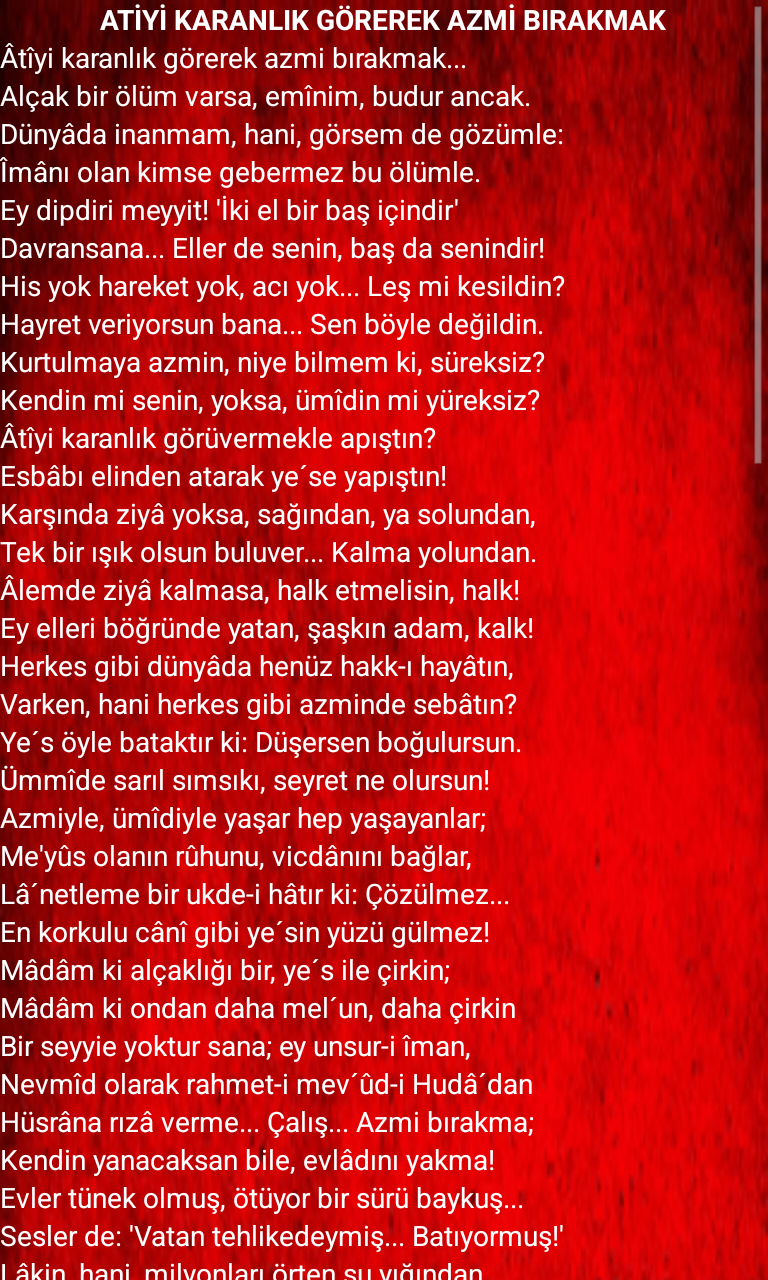
Repository: dokayazilim/Hakkin-Sesleri-Android-Uygulamasi
Layout: hakkın sesleri(android)/hakkinsesleri/res/layout/kitap4.xml
The author's editor kept a copy of each file at every save. The layout is drawn from the files as they stood at one save, then again after the next save.
It is drawn on a 768 x 1280 px phone screen (xhdpi) without system bars, with theme AppTheme; the app's code is not run.

Above is the layout before, as saved 2012-09-25 20:33:01.

### hakkın sesleri(android)/hakkinsesleri/res/layout/kitap4.xml
<?xml version="1.0" encoding="utf-8"?>
<ScrollView    android:id="@+id/widget1"    android:layout_width="fill_parent"    android:layout_height="fill_parent"    xmlns:android="http://schemas.android.com/apk/res/android"    >
<LinearLayout xmlns:android="http://schemas.android.com/apk/res/android"
    android:layout_width="fill_parent"
    android:layout_height="fill_parent"
    android:orientation="vertical" android:background="@drawable/androidturk">

  <TextView
        android:id="@+id/textView1"
        android:layout_width="wrap_content"
        android:layout_height="wrap_content"
        android:text="ATİYİ KARANLIK GÖREREK AZMİ BIRAKMAK" android:textColor="#ffffff" android:textStyle="bold" android:layout_gravity="center"/>
<TextView
        android:id="@+id/textView2"
        android:layout_width="wrap_content"
        android:layout_height="wrap_content"
        android:text="Âtîyi karanlık görerek azmi bırakmak... " android:textColor="#ffffff" />
<TextView
        android:id="@+id/textView3"
        android:layout_width="wrap_content"
        android:layout_height="wrap_content"
        android:text="Alçak bir ölüm varsa, emînim, budur ancak. " android:textColor="#ffffff" />
<TextView
        android:id="@+id/textView4"
        android:layout_width="wrap_content"
        android:layout_height="wrap_content"
        android:text="Dünyâda inanmam, hani, görsem de gözümle: " android:textColor="#ffffff" />
<TextView
        android:id="@+id/textView5"
        android:layout_width="wrap_content"
        android:layout_height="wrap_content"
        android:text="Îmânı olan kimse gebermez bu ölümle. " android:textColor="#ffffff" />
<TextView
        android:id="@+id/textView6"
        android:layout_width="wrap_content"
        android:layout_height="wrap_content"
        android:text="Ey dipdiri meyyit! 'İki el bir baş içindir' " android:textColor="#ffffff" />
<TextView
        android:id="@+id/textView7"
        android:layout_width="wrap_content"
        android:layout_height="wrap_content"
        android:text="Davransana... Eller de senin, baş da senindir!" android:textColor="#ffffff"/>
<TextView
        android:id="@+id/textView8"
        android:layout_width="wrap_content"
        android:layout_height="wrap_content"
        android:text="His yok hareket yok, acı yok... Leş mi kesildin? " android:textColor="#ffffff" />
<TextView
        android:id="@+id/textView9"
        android:layout_width="wrap_content"
        android:layout_height="wrap_content"
        android:text="Hayret veriyorsun bana... Sen böyle değildin.  " android:textColor="#ffffff"/>
<TextView
        android:id="@+id/textView10"
        android:layout_width="wrap_content"
        android:layout_height="wrap_content"
        android:text="Kurtulmaya azmin, niye bilmem ki, süreksiz? " android:textColor="#ffffff"/>
<TextView
        android:id="@+id/textView11"
        android:layout_width="wrap_content"
        android:layout_height="wrap_content"
        android:text="Kendin mi senin, yoksa, ümîdin mi yüreksiz?  " android:textColor="#ffffff" />
<TextView
        android:id="@+id/textView12"
        android:layout_width="wrap_content"
        android:layout_height="wrap_content"
        android:text="Âtîyi karanlık görüvermekle apıştın?  " android:textColor="#ffffff" />
<TextView
        android:id="@+id/textView13"
        android:layout_width="wrap_content"
        android:layout_height="wrap_content"
        android:text="Esbâbı elinden atarak ye´se yapıştın!   " android:textColor="#ffffff"/>
<TextView
        android:id="@+id/textView14"
        android:layout_width="wrap_content"
        android:layout_height="wrap_content"
        android:text="Karşında ziyâ yoksa, sağından, ya solundan,  " android:textColor="#ffffff" />
<TextView
        android:id="@+id/textView15"
        android:layout_width="wrap_content"
        android:layout_height="wrap_content"
        android:text="Tek bir ışık olsun buluver... Kalma yolundan.   " android:textColor="#ffffff" />
<TextView
        android:id="@+id/textView16"
        android:layout_width="wrap_content"
        android:layout_height="wrap_content"
        android:text="Âlemde ziyâ kalmasa, halk etmelisin, halk! " android:textColor="#ffffff"/>
<TextView
        android:id="@+id/textView17"
        android:layout_width="wrap_content"
        android:layout_height="wrap_content"
        android:text="Ey elleri böğründe yatan, şaşkın adam, kalk! " android:textColor="#ffffff" />
<TextView
        android:id="@+id/textView18"
        android:layout_width="wrap_content"
        android:layout_height="wrap_content"
        android:text="Herkes gibi dünyâda henüz hakk-ı hayâtın, " android:textColor="#ffffff" />
<TextView
        android:id="@+id/textView19"
        android:layout_width="wrap_content"
        android:layout_height="wrap_content"
        android:text="Varken, hani herkes gibi azminde sebâtın?    " android:textColor="#ffffff"/>
<TextView
        android:id="@+id/textView20"
        android:layout_width="wrap_content"
        android:layout_height="wrap_content"
        android:text="Ye´s öyle bataktır ki: Düşersen boğulursun.   " android:textColor="#ffffff" />
<TextView
        android:id="@+id/textView21"
        android:layout_width="wrap_content"
        android:layout_height="wrap_content"
        android:text="Ümmîde sarıl sımsıkı, seyret ne olursun!  " android:textColor="#ffffff" />
<TextView
        android:id="@+id/textView22"
        android:layout_width="wrap_content"
        android:layout_height="wrap_content"
        android:text="Azmiyle, ümîdiyle yaşar hep yaşayanlar;   " android:textColor="#ffffff"/>
<TextView
        android:id="@+id/textView23"
        android:layout_width="wrap_content"
        android:layout_height="wrap_content"
        android:text="Me'yûs olanın rûhunu, vicdânını bağlar,   " android:textColor="#ffffff" />
<TextView
        android:id="@+id/textView24"
        android:layout_width="wrap_content"
        android:layout_height="wrap_content"
        android:text="Lâ´netleme bir ukde-i hâtır ki: Çözülmez...  " android:textColor="#ffffff" />
<TextView
        android:id="@+id/textView25"
        android:layout_width="wrap_content"
        android:layout_height="wrap_content"
        android:text="En korkulu cânî gibi ye´sin yüzü gülmez! " android:textColor="#ffffff" />
<TextView
        android:id="@+id/textView26"
        android:layout_width="wrap_content"
        android:layout_height="wrap_content"
        android:text="Mâdâm ki alçaklığı bir, ye´s ile çirkin;   " android:textColor="#ffffff" />
<TextView
        android:id="@+id/textView27"
        android:layout_width="wrap_content"
        android:layout_height="wrap_content"
        android:text="Mâdâm ki ondan daha mel´un, daha çirkin  " android:textColor="#ffffff" />
<TextView
        android:id="@+id/textView28"
        android:layout_width="wrap_content"
        android:layout_height="wrap_content"
        android:text="Bir seyyie yoktur sana; ey unsur-i îman,   " android:textColor="#ffffff" />
<TextView
        android:id="@+id/textView29"
        android:layout_width="wrap_content"
        android:layout_height="wrap_content"
        android:text="Nevmîd olarak rahmet-i mev´ûd-i Hudâ´dan   " android:textColor="#ffffff" />
<TextView
        android:id="@+id/textView30"
        android:layout_width="wrap_content"
        android:layout_height="wrap_content"
        android:text="Hüsrâna rızâ verme... Çalış... Azmi bırakma;    " android:textColor="#ffffff" />
<TextView
        android:id="@+id/textView31"
        android:layout_width="wrap_content"
        android:layout_height="wrap_content"
        android:text="Kendin yanacaksan bile, evlâdını yakma!    " android:textColor="#ffffff" />
<TextView
        android:id="@+id/textView32"
        android:layout_width="wrap_content"
        android:layout_height="wrap_content"
        android:text="Evler tünek olmuş, ötüyor bir sürü baykuş...  " android:textColor="#ffffff" />
<TextView
        android:id="@+id/textView33"
        android:layout_width="wrap_content"
        android:layout_height="wrap_content"
        android:text="Sesler de: 'Vatan tehlikedeymiş... Batıyormuş!'    " android:textColor="#ffffff" />
<TextView
        android:id="@+id/textView34"
        android:layout_width="wrap_content"
        android:layout_height="wrap_content"
        android:text="Lâkin, hani, milyonları örten şu yığından,   " android:textColor="#ffffff" />
<TextView
        android:id="@+id/textView35"
        android:layout_width="wrap_content"
        android:layout_height="wrap_content"
        android:text="Tek kol da 'Yapışsam... ' demiyor bir tarafından!    " android:textColor="#ffffff"/>
<TextView
        android:id="@+id/textView36"
        android:layout_width="wrap_content"
        android:layout_height="wrap_content"
        android:text="Sâhipsiz olan memleketin batması haktır;  " android:textColor="#ffffff" />
<TextView
        android:id="@+id/textView37"
        android:layout_width="wrap_content"
        android:layout_height="wrap_content"
        android:text="Sen sâhip olursan bu vatan batmıyacaktır.  " android:textColor="#ffffff" />
<TextView
        android:id="@+id/textView38"
        android:layout_width="wrap_content"
        android:layout_height="wrap_content"
        android:text="Feryâdı bırak kendine gel, çünkü zaman dar...   " android:textColor="#ffffff" />
<TextView
        android:id="@+id/textView39"
        android:layout_width="wrap_content"
        android:layout_height="wrap_content"
        android:text="Uğraş ki: Telâfi edecek bunca zarar var.     " android:textColor="#ffffff" />
<TextView
        android:id="@+id/textView40"
        android:layout_width="wrap_content"
        android:layout_height="wrap_content"
        android:text="Feryâd ile kurtulması me´mûl ise haykır!    " android:textColor="#ffffff" />
<TextView
        android:id="@+id/textView41"
        android:layout_width="wrap_content"
        android:layout_height="wrap_content"
        android:text="Yok yok! Hele azmindeki zincirleri bir kır!    " android:textColor="#ffffff" />
<TextView
        android:id="@+id/textView42"
        android:layout_width="wrap_content"
        android:layout_height="wrap_content"
        android:text="'İş bitti... Sebâtın sonu yoktur!' deme; yılma.    " android:textColor="#ffffff" />
<TextView
        android:id="@+id/textView43"
        android:layout_width="wrap_content"
        android:layout_height="wrap_content"
        android:text="Ey millet-i merhûme, sakın ye´se kapılma.    " android:textColor="#ffffff" />

<TextView
        android:id="@+id/textView44"
        android:layout_width="wrap_content"
        android:layout_height="wrap_content"
        android:text="'İçimizdeki beyinsizlerin işledikleri yüzünden, bizi helak eder misin, Allah´ım?..'    " android:textColor="#ffffff" />

<TextView
        android:id="@+id/textView45"
        android:layout_width="wrap_content"
        android:layout_height="wrap_content"
        android:text="'İçimizdeki beyinsizlerin işledikleri yüzünden, bizi helak eder misin, Allah´ım?..'    " android:textColor="#ffffff" />
<TextView
        android:id="@+id/textView46"
        android:layout_width="wrap_content"
        android:layout_height="wrap_content"
        android:text="Yâ Râb, bu uğursuz gecenin yok mu sabâhı?     " android:textColor="#ffffff" />
<TextView
        android:id="@+id/textView47"
        android:layout_width="wrap_content"
        android:layout_height="wrap_content"
        android:text="Mahşerde mi bîçârelerin, yoksa felâhı!    " android:textColor="#ffffff" />
<TextView
        android:id="@+id/textView48"
        android:layout_width="wrap_content"
        android:layout_height="wrap_content"
        android:text="Nûr istiyoruz... Sen bize yangın veriyorsun!    " android:textColor="#ffffff" />
<TextView
        android:id="@+id/textView49"
        android:layout_width="wrap_content"
        android:layout_height="wrap_content"
        android:text="' Yandık!' diyoruz... Boğmaya kan gönderiyorsun!   " android:textColor="#ffffff" />
<TextView
        android:id="@+id/textView50"
        android:layout_width="wrap_content"
        android:layout_height="wrap_content"
        android:text="Esmezse eğer bir ezelî nefha, yakında,    " android:textColor="#ffffff" />
<TextView
        android:id="@+id/textView51"
        android:layout_width="wrap_content"
        android:layout_height="wrap_content"
        android:text="Yâ Rab, o cehennemle bu tûfân arasında,     " android:textColor="#ffffff" />
<TextView
        android:id="@+id/textView52"
        android:layout_width="wrap_content"
        android:layout_height="wrap_content"
        android:text="Toprak kesilip, kum kesilip âlem-i İslâm;    " android:textColor="#ffffff" />
<TextView
        android:id="@+id/textView53"
        android:layout_width="wrap_content"
        android:layout_height="wrap_content"
        android:text="Hep fışkıracak yerlerin altındaki esnâm!  '    " android:textColor="#ffffff" />
<TextView
        android:id="@+id/textView54"
        android:layout_width="wrap_content"
        android:layout_height="wrap_content"
        android:text="Bîzâr edecek, korkuyorum, Cedd-i Hüseyn´i. " android:textColor="#ffffff" />
<TextView
        android:id="@+id/textView55"
        android:layout_width="wrap_content"
        android:layout_height="wrap_content"
        android:text="En sonra, salîb ormanı görmek Harameyn´i!..     " android:textColor="#ffffff" />
<TextView
        android:id="@+id/textView56"
        android:layout_width="wrap_content"
        android:layout_height="wrap_content"
        android:text="Bin üç yüz otuz beş senedir, arz-ı Hicâz´ın     " android:textColor="#ffffff" />
<TextView
        android:id="@+id/textView57"
        android:layout_width="wrap_content"
        android:layout_height="wrap_content"
        android:text="Âteşli muhîtindeki sûzişli niyâzın,    " android:textColor="#ffffff" />
<TextView
        android:id="@+id/textView58"
        android:layout_width="wrap_content"
        android:layout_height="wrap_content"
        android:text="Emvâcı hurûş-âver olurken melekûta;    " android:textColor="#ffffff" />
<TextView
        android:id="@+id/textView59"
        android:layout_width="wrap_content"
        android:layout_height="wrap_content"
        android:text="Çan sesleri boğsun da, gömülsün mü sükûta?     " android:textColor="#ffffff" />
<TextView
        android:id="@+id/textView60"
        android:layout_width="wrap_content"
        android:layout_height="wrap_content"
        android:text="Sönsün de, İlâhî, şu yanan me,s´al-i vahdet,      " android:textColor="#ffffff" />
<TextView
        android:id="@+id/textView61"
        android:layout_width="wrap_content"
        android:layout_height="wrap_content"
        android:text="Teslîs ile çöksün mü bütün âleme zulmet?     " android:textColor="#ffffff" />
<TextView
        android:id="@+id/textView62"
        android:layout_width="wrap_content"
        android:layout_height="wrap_content"
        android:text="Üç yüz bu kadar milyonu canlandıran îman     " android:textColor="#ffffff" />
<TextView
        android:id="@+id/textView63"
        android:layout_width="wrap_content"
        android:layout_height="wrap_content"
        android:text="Olsun mu beş on sersemin ilhâdına kurban?     " android:textColor="#ffffff" />
<TextView
        android:id="@+id/textView64"
        android:layout_width="wrap_content"
        android:layout_height="wrap_content"
        android:text="Enfâs-ı habîsiyle beş on rûh-i leîmin,      " android:textColor="#ffffff" />
<TextView
        android:id="@+id/textView65"
        android:layout_width="wrap_content"
        android:layout_height="wrap_content"
        android:text="Solsun mu o parlak yüzü Kur´ân-ı Hakîm´in?      " android:textColor="#ffffff" />
<TextView
        android:id="@+id/textView66"
        android:layout_width="wrap_content"
        android:layout_height="wrap_content"
        android:text="İslâm ayak altında sürünsün mü nihâyet?      " android:textColor="#ffffff" />
<TextView
        android:id="@+id/textView67"
        android:layout_width="wrap_content"
        android:layout_height="wrap_content"
        android:text="Yâ Rab, bu ne hüsrandır, İlâhî, bu ne zillet?      " android:textColor="#ffffff" />
<TextView
        android:id="@+id/textView68"
        android:layout_width="wrap_content"
        android:layout_height="wrap_content"
        android:text="Mazlûmu nedir ezmede, ezdirmede ma´nâ?      " android:textColor="#ffffff" />
<TextView
        android:id="@+id/textView69"
        android:layout_width="wrap_content"
        android:layout_height="wrap_content"
        android:text="Zâlimleri adlin, hani, öldürmedi hâlâ!     " android:textColor="#ffffff" />
<TextView
        android:id="@+id/textView70"
        android:layout_width="wrap_content"
        android:layout_height="wrap_content"
        android:text="Cânî geziyor dipdiri... Can vermede ma´sûm!     " android:textColor="#ffffff" />
<TextView
        android:id="@+id/textView71"
        android:layout_width="wrap_content"
        android:layout_height="wrap_content"
        android:text="Suç başkasınındır da niçin başkası mahkûm´      " android:textColor="#ffffff" />
<TextView
        android:id="@+id/textView72"
        android:layout_width="wrap_content"
        android:layout_height="wrap_content"
        android:text="Lâ yüs´el´e binlerce suâl olsa da kurban;     " android:textColor="#ffffff" />
<TextView
        android:id="@+id/textView73"
        android:layout_width="wrap_content"
        android:layout_height="wrap_content"
        android:text="İnsan bu muammâlara dehşetle nigeh-ban!       " android:textColor="#ffffff" />
<TextView
        android:id="@+id/textView74"
        android:layout_width="wrap_content"
        android:layout_height="wrap_content"
        android:text="Eyvâh! Beş on kâfirin îmânına kandık;      " android:textColor="#ffffff" />
<TextView
        android:id="@+id/textView75"
        android:layout_width="wrap_content"
        android:layout_height="wrap_content"
        android:text="Bir uykuya daldık ki: Cehennemde uyandık!      " android:textColor="#ffffff" />
<TextView
        android:id="@+id/textView76"
        android:layout_width="wrap_content"
        android:layout_height="wrap_content"
        android:text="Mâdâm ki, ey adl-i İlâhî, yakacaktın...      " android:textColor="#ffffff" />
<TextView
        android:id="@+id/textView77"
        android:layout_width="wrap_content"
        android:layout_height="wrap_content"
        android:text="Yaksaydın a mel´unları... Tuttun bizi yaktın!      " android:textColor="#ffffff" />
<TextView
        android:id="@+id/textView78"
        android:layout_width="wrap_content"
        android:layout_height="wrap_content"
        android:text="Küfrün o sefil elleri âyâtını sildi:      " android:textColor="#ffffff" />
<TextView
        android:id="@+id/textView79"
        android:layout_width="wrap_content"
        android:layout_height="wrap_content"
        android:text="Binlerce cevâmi´ yıkılıp hâke serildi!      " android:textColor="#ffffff" />
<TextView
        android:id="@+id/textView80"
        android:layout_width="wrap_content"
        android:layout_height="wrap_content"
        android:text="Kalmışsa eğer bir iki ma´bed, o da mürted:      " android:textColor="#ffffff" />
<TextView
        android:id="@+id/textView81"
        android:layout_width="wrap_content"
        android:layout_height="wrap_content"
        android:text="Göğsündeki haç, küfrüne fetvâ-yı müeyyed!      " android:textColor="#ffffff" />
<TextView
        android:id="@+id/textView82"
        android:layout_width="wrap_content"
        android:layout_height="wrap_content"
        android:text="Dul kaldı kadınlar, babasız kaldı çocuklar,      " android:textColor="#ffffff" />
<TextView
        android:id="@+id/textView83"
        android:layout_width="wrap_content"
        android:layout_height="wrap_content"
        android:text="Bir giryede bin âilenin mâtemi çağlar!     " android:textColor="#ffffff" />
<TextView
        android:id="@+id/textView84"
        android:layout_width="wrap_content"
        android:layout_height="wrap_content"
        android:text="En kanlı şenâ´atle kovulmuş vatanından,     " android:textColor="#ffffff" />
<TextView
        android:id="@+id/textView85"
        android:layout_width="wrap_content"
        android:layout_height="wrap_content"
        android:text="Milyonla hayâtın yüreğinden gidiyor kan!      " android:textColor="#ffffff" />
<TextView
        android:id="@+id/textView86"
        android:layout_width="wrap_content"
        android:layout_height="wrap_content"
        android:text="İslâm´ı elinden tutacak kaldıracak yok...      " android:textColor="#ffffff" />
<TextView
        android:id="@+id/textView87"
        android:layout_width="wrap_content"
        android:layout_height="wrap_content"
        android:text="Nâ-hak yere feryâd ediyor. Âcize hak yok!      " android:textColor="#ffffff" />
<TextView
        android:id="@+id/textView88"
        android:layout_width="wrap_content"
        android:layout_height="wrap_content"
        android:text="Yetmez mi musâb olduğumuz bunca devâhî?      " android:textColor="#ffffff" />
<TextView
        android:id="@+id/textView89"
        android:layout_width="wrap_content"
        android:layout_height="wrap_content"
        android:text="Ağzım kurusun... Yok musun ey adl-i İlâhî!     " android:textColor="#ffffff" />

<TextView
        android:id="@+id/textView90"
        android:layout_width="wrap_content"
        android:layout_height="wrap_content"
        android:text="Mehmet Akif Ersoy" android:textColor="#ffffff" android:textStyle="bold"/>

<LinearLayout
android:id="@+id/reklam"
android:layout_width="fill_parent"
android:layout_height="wrap_content"
android:gravity="center">
</LinearLayout>

</LinearLayout>
</ScrollView>

Loaded but not shown: hakkın sesleri(android)/hakkinsesleri/res/values-v11/styles.xml (common file); hakkın sesleri(android)/hakkinsesleri/res/values-v14/styles.xml (common file); hakkın sesleri(android)/hakkinsesleri/res/values/styles.xml (common file)

After the next save:
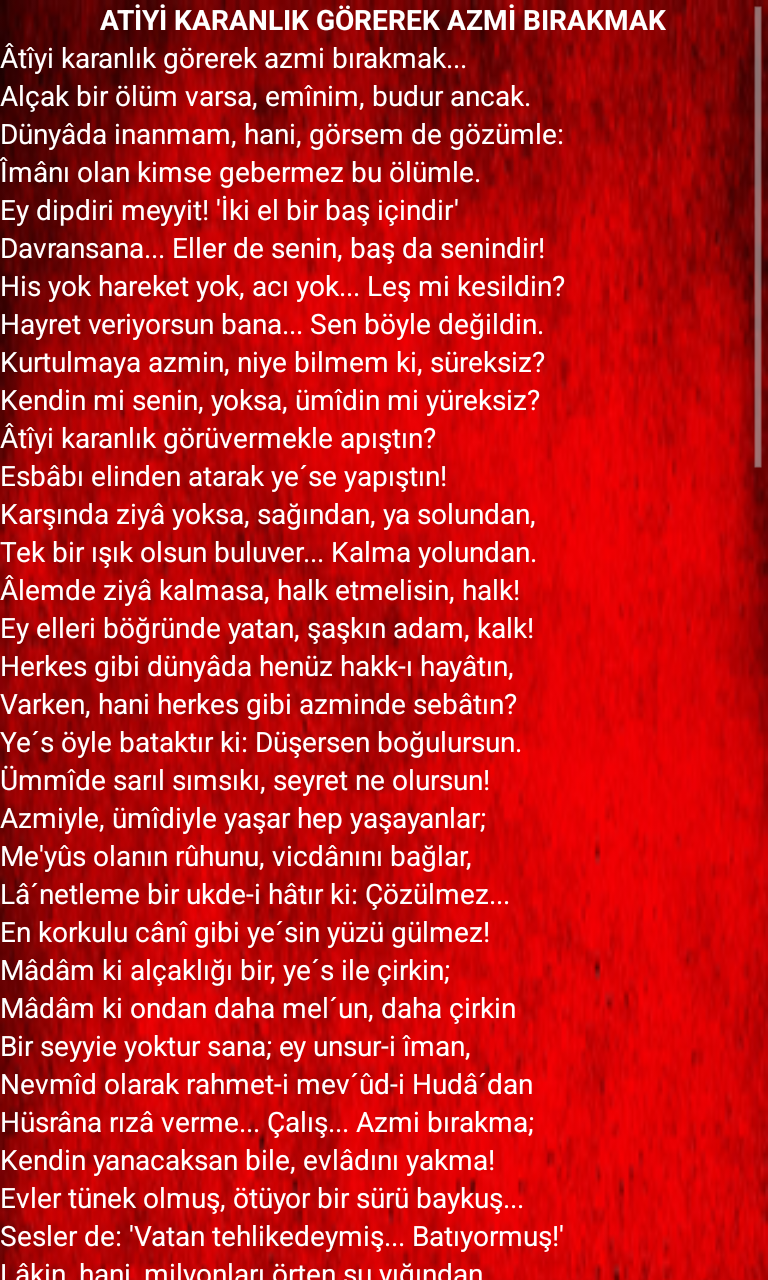
Saved 94 s later.
--- a/hakkın sesleri(android)/hakkinsesleri/res/layout/kitap4.xml
+++ b/hakkın sesleri(android)/hakkinsesleri/res/layout/kitap4.xml
@@ -225,7 +225,7 @@
         android:id="@+id/textView44"
         android:layout_width="wrap_content"
         android:layout_height="wrap_content"
-        android:text="'İçimizdeki beyinsizlerin işledikleri yüzünden, bizi helak eder misin, Allah´ım?..'    " android:textColor="#ffffff" />
+        android:text="27 MART 1913 " android:textColor="#ffffff"  android:textStyle="bold" />
 
 <TextView
         android:id="@+id/textView45"
